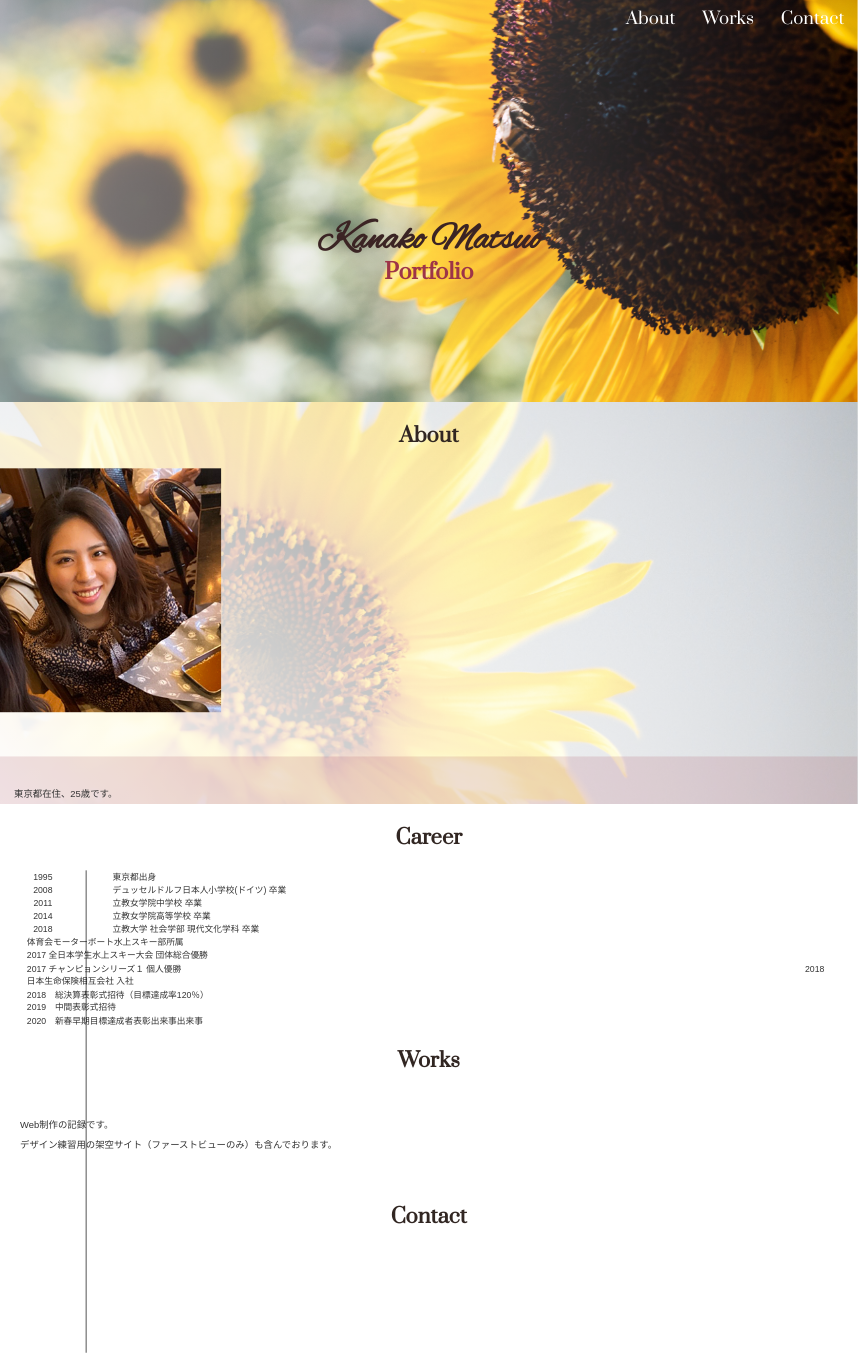
Repository: KanakoMatsuo/Portfolio
Page: index.html
The author's editor kept a record of every edit. The page is drawn from the files as they stood at one moment, then again after the next edit.
The browser window is 1280 px wide. The pictures show the whole page, at 67% of full size.

Above is the page before.

After the next edit:
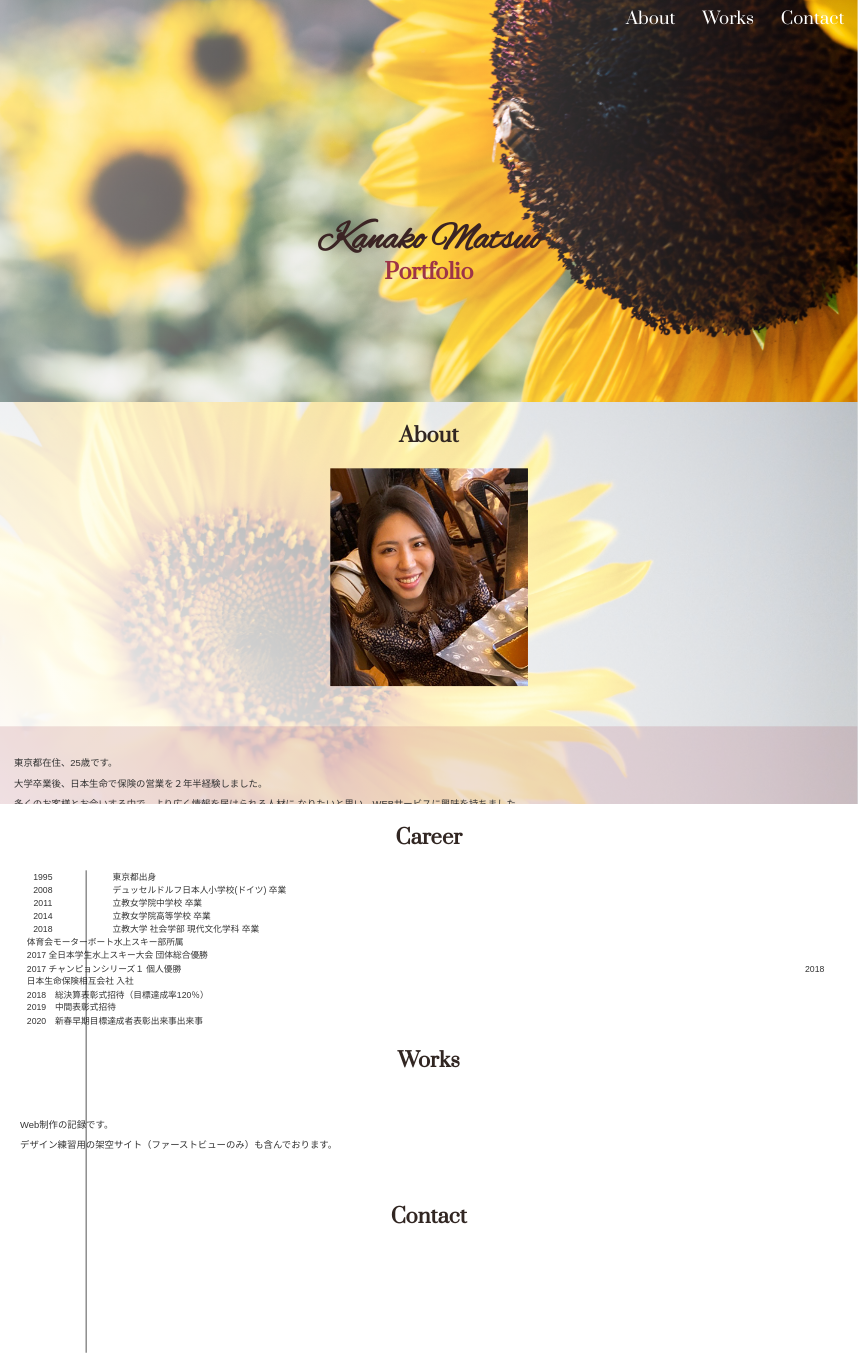
The edit:
--- a/index.html
+++ b/index.html
@@ -24,7 +24,7 @@
             <h2>
                 About
             </h2>
-            <img src="./images/image0.jpg">
+            <img class="myphoto" src="./images/image0.jpg">
             <p>
                 東京都在住、25歳です。<br>大学卒業後、日本生命で保険の営業を２年半経験しました。<br>
                 多くのお客様とお会いする中で、より広く情報を届けられる人材に
